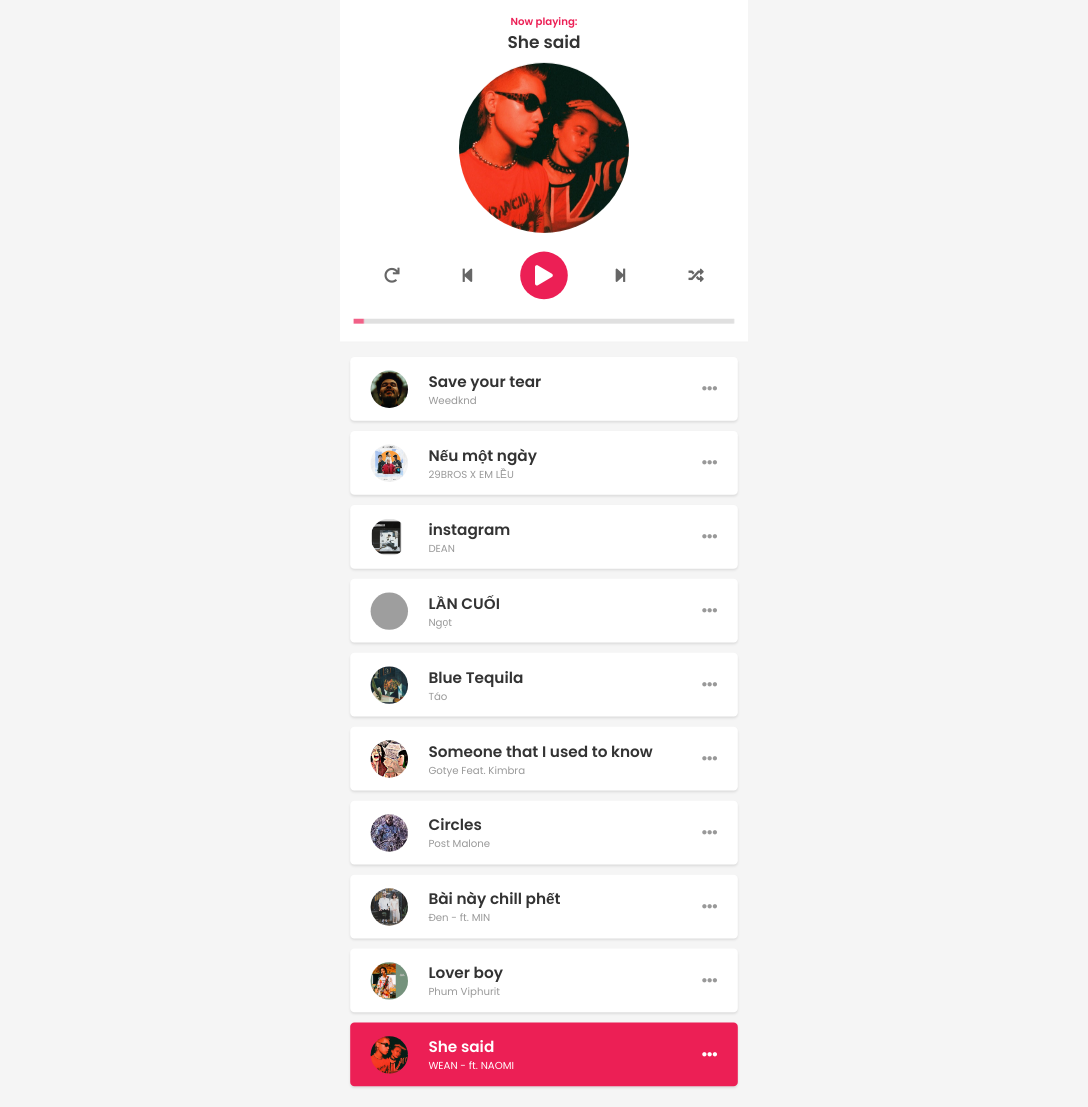
Repository: AnhTuan191298/sent-file-hoang
Page: music_player_f8/index.html
The author's editor kept a copy of each file at every save. The page is drawn from the files as they stood at one save, then again after the next save.
The browser window is 1280 px wide. The pictures show the whole page, at 85% of full size.
After loading, the first visible `div.btn-prev` was clicked once.
Pictures or frames that could not be fetched are drawn as grey boxes.

Above is the page before, as saved 2021-02-18 15:59:43.
Console error: TypeError: $(...).scrollInooView is not a function

### music_player_f8/index.html
<!DOCTYPE html>
<html lang="en">
<head>
    <meta charset="UTF-8">
    <meta http-equiv="X-UA-Compatible" content="IE=edge">
    <meta name="viewport" content="width=device-width, initial-scale=1.0">
    <title>Music player F8</title>
    <link rel="stylesheet" href="https://cdnjs.cloudflare.com/ajax/libs/font-awesome/5.15.2/css/all.min.css" integrity="sha512-HK5fgLBL+xu6dm/Ii3z4xhlSUyZgTT9tuc/hSrtw6uzJOvgRr2a9jyxxT1ely+B+xFAmJKVSTbpM/CuL7qxO8w==" crossorigin="anonymous" />
    <link rel="preconnect" href="https://fonts.gstatic.com">
    <link href="https://fonts.googleapis.com/css2?family=Poppins:wght@300;400;600&display=swap" rel="stylesheet">
    <link rel="stylesheet" href="./assets/css/main.css">
</head>
<body>
    <div class="player">
        <!-- Dashboard -->
        <div class="dashboard">
          <!-- Header -->
          <header>
            <h4>Now playing:</h4>
            <h2>String 57th & 9th</h2>
          </header>

          <!-- CD -->
          <div class="cd">
            <div class="cd-thumb" style="background-image: url('https://i.ytimg.com/vi/jTLhQf5KJSc/maxresdefault.jpg')">
            </div>
          </div>

          <!-- Control -->
          <div class="control">
            <div class="btn btn-repeat">
              <i class="fas fa-redo"></i>
            </div>
            <div class="btn btn-prev">
              <i class="fas fa-step-backward"></i>
            </div>
            <div class="btn btn-toggle-play">
              <i class="fas fa-pause icon-pause"></i>
              <i class="fas fa-play icon-play"></i>
            </div>
            <div class="btn btn-next">
              <i class="fas fa-step-forward"></i>
            </div>
            <div class="btn btn-random">
              <i class="fas fa-random"></i>
            </div>
          </div>

          <input id="progress" class="progress" type="range" value="0" step="1" min="0" max="100">

          <audio id="audio" src=""></audio>
        </div>

        <!-- Playlist -->
        <div class="playlist">

        </div>
    </div>

    <script src="./assets/js/main.js"></script>
</body>
</html>

### music_player_f8/assets/css/main.css
:root {
    --primary-color: #ec1f55;
    --text-color: #333;
  }

  * {
    padding: 0;
    margin: 0;
    box-sizing: inherit;
  }

  body {
    background-color: #f5f5f5;
  }

  html {
    box-sizing: border-box;
    font-family: "Poppins", sans-serif;
  }

  .player {
    position: relative;
    max-width: 480px;
    margin: 0 auto;
  }

  .player .icon-pause {
    display: none;
  }

  .player.playing .icon-pause {
    display: inline-block;
  }

  .player.playing .icon-play {
    display: none;
  }

  .dashboard {
    padding: 16px 16px 14px;
    background-color: #fff;
    position: fixed;
    top: 0;
    width: 100%;
    max-width: 480px;
    border-bottom: 1px solid #ebebeb;
  }

  /* HEADER */
  header {
    text-align: center;
    margin-bottom: 10px;
  }

  header h4 {
    color: var(--primary-color);
    font-size: 12px;
  }

  header h2 {
    color: var(--text-color);
    font-size: 20px;
  }

  /* CD */
  .cd {
    display: flex;
    margin: auto;
    width: 200px;
  }

  .cd-thumb {
    width: 100%;
    padding-top: 100%;
    border-radius: 50%;
    background-color: #333;
    background-size: cover;
    margin: auto;
  }

  /* CONTROL */
  .control {
    display: flex;
    align-items: center;
    justify-content: space-around;
    padding: 18px 0 8px 0;
  }

  .control .btn {
    color: #666;
    padding: 18px;
    font-size: 18px;
  }

  .control .btn.active {
    color: var(--primary-color);
  }

  .control .btn-toggle-play {
    width: 56px;
    height: 56px;
    border-radius: 50%;
    font-size: 24px;
    color: #fff;
    display: flex;
    align-items: center;
    justify-content: center;
    background-color: var(--primary-color);
  }

  .progress {
    width: 100%;
    -webkit-appearance: none;
    height: 6px;
    background: #d3d3d3;
    outline: none;
    opacity: 0.7;
    -webkit-transition: 0.2s;
    transition: opacity 0.2s;
  }

  .progress::-webkit-slider-thumb {
    -webkit-appearance: none;
    appearance: none;
    width: 12px;
    height: 6px;
    background-color: var(--primary-color);
    cursor: pointer;
  }

  /* PLAYLIST */
  .playlist {
    margin-top: 408px;
    padding: 12px;
  }

  .song {
    display: flex;
    align-items: center;
    margin-bottom: 12px;
    background-color: #fff;
    padding: 8px 16px;
    border-radius: 5px;
    box-shadow: 0 2px 3px rgba(0, 0, 0, 0.1);
  }

  .song.active {
    background-color: var(--primary-color);
  }

  .song:active {
    opacity: 0.8;
  }

  .song.active .option,
  .song.active .author,
  .song.active .title {
    color: #fff;
  }

  .song .thumb {
    width: 44px;
    height: 44px;
    border-radius: 50%;
    background-size: cover;
    margin: 0 8px;
  }

  .song .body {
    flex: 1;
    padding: 0 16px;
  }

  .song .title {
    font-size: 18px;
    color: var(--text-color);
  }

  .song .author {
    font-size: 12px;
    color: #999;
  }

  .song .option {
    padding: 16px 8px;
    color: #999;
    font-size: 18px;
    cursor: pointer;
  }

### music_player_f8/assets/js/main.js
const $ = document.querySelector.bind(document)
const $$ = document.querySelectorAll.bind(document)

/*
    1. Render song
    2. Scroll Top
    3. Play / Pause / Seek
    4. CD retate
    5. Next/Prev
    6. Random
    7. Next / Repeat when ended
    8. Active song
    9. Scroll active song into view
    10. Play song when click
*/

const player = $('.player')
const playlist = $('.playlist')
const heading = $('header h2')
const cdThumb = $('.cd-thumb')
const audio = $('#audio')
const cd = $('.cd')
const playBtn = $('.btn-toggle-play')
const progress = $('#progress')
const nextBtn = $('.btn-next')
const prevBtn = $('.btn-prev')
const randomBtn = $('.btn-random')
const repeatBtn = $('.btn-repeat')

const app = {
    currentIndex: 0,
    isPlaying: false,
    isRandom: false,
    isRepeat: false,
    songs: [
        {
            name: 'Save your tear',
            singer: 'Weedknd',
            path: './assets/audio/save_your_tear.mp3',
            img: './assets/img/save-your-tear.jpg'
        },
        {
            name: 'Nếu một ngày',
            singer: '29BROS X EM LỀU',
            path: './assets/audio/neu_mot_ngay.mp3',
            img: './assets/img/neu-mot-ngay.jpg'
        },
        {
            name: 'instagram',
            singer: 'DEAN',
            path: './assets/audio/instagram.mp3',
            img: './assets/img/instagram.jpg'
        },
        {
            name: 'LẦN CUỐI',
            singer: 'Ngọt',
            path: './assets/audio/lan_cuoi.mp3',
            img: './assets/img/lan-cuoi.jpg'
        },
        {
            name: 'Blue Tequila',
            singer: 'Táo',
            path: './assets/audio/blue_tequila.mp3',
            img: './assets/img/tequila.jpg'
        },
        {
            name: 'Someone that I used to know',
            singer: 'Gotye Feat. Kimbra',
            path: './assets/audio/somebody_that_i_used_to_know.mp3',
            img: './assets/img/somebody.jpg'
        },
        {
            name: 'Circles',
            singer: 'Post Malone',
            path: './assets/audio/circles.mp3',
            img: './assets/img/circles.jpg'
        },
        {
            name: 'Bài này chill phết',
            singer: 'Đen - ft. MIN',
            path: './assets/audio/bai_nay_chill_phet.mp3',
            img: './assets/img/chill.jpg'
        },
        {
            name: 'Lover boy',
            singer: 'Phum Viphurit',
            path: './assets/audio/lover_boy.mp3',
            img: './assets/img/lover-boy.jpg'
        },
        {
            name: 'She said',
            singer: 'WEAN - ft. NAOMI',
            path: './assets/audio/she_said.mp3',
            img: './assets/img/she-said.jpg'
        },
    ],
    render: function() {
        const htmls = this.songs.map(function(song, index) {
            return `
            <div class="song ${index === app.currentIndex ? 'active' : ''}">
                <div class="thumb" style="background-image: url('${song.img}')">
                </div>
                <div class="body">
                <h3 class="title">${song.name}</h3>
                <p class="author">${song.singer}</p>
                </div>
                <div class="option">
                <i class="fas fa-ellipsis-h"></i>
                </div>
            </div>
            `
        })
        playlist.innerHTML = htmls.join('')
    },
    defineProperties:function() {
        Object.defineProperty(this, 'currentSong', {
            get: function() {
                return this.songs[this.currentIndex]
            }
        })
    },
    handleEvents: function() {
        const _this= this
        const cdWidth = cd.offsetWidth

        // Xử lý CD quay/dừng
        const cdThumbAnimate = cdThumb.animate([
            {transform: 'rotate(360deg)'}
        ], {
            duration: 10000, //10 second
            iterations: Infinity
        })
        cdThumbAnimate.pause()

        // Xứ lý phóng to thu nhỏ CD
        document.onscroll = function() {
            const scrollTop = window.scrollY || document.documentElement.scrollTop
            const newCdWidth = cdWidth - scrollTop

            if (newCdWidth > 0) {
                cd.style.width = newCdWidth + 'px'
            } else if (newCdWidth < 0) {
                cd.style.width = 0 + 'px'
            }

            cd.style.opacity = newCdWidth / cdWidth
        }

        // Xử lý khi click play
        playBtn.onclick = function() {
            if (_this.isPlaying) {
                audio.pause()
            } else {
                audio.play()
            }

        }

        // Khi song được play
        audio.onplay = function() {
            _this.isPlaying = true
            player.classList.add('playing')
            cdThumbAnimate.play()
        }

         // Khi song bị pause
         audio.onpause = function() {
            _this.isPlaying = false
            player.classList.remove('playing')
            cdThumbAnimate.pause()
        }

        // Khi tiến độ bài hát thay đổi
        audio.ontimeupdate = function() {
            if (audio.duration) {
                const progressPercent = Math.floor(audio.currentTime / audio.duration * 100)
                progress.value = progressPercent
            }
        }

        // Xử lý khi tua song
        progress.onchange = function(e) {
            const seekTime = audio.duration / 100 * e.target.value
            audio.currentTime = seekTime
        }

        // Khi next song
        nextBtn.onclick = function() {
            if (_this.isRandom) {
                _this.playRandomSong()
            } else {
                _this.nextSong()
            }
            audio.play()
            _this.render()
            _this.scrollToActiveSong()
        }

        // Khi prev song
        prevBtn.onclick = function() {
            if (_this.isRandom) {
                _this.playRandomSong()
            } else {
                _this.prevSong()
            }
            audio.play()
            _this.render()
            _this.scrollToActiveSong()
        }

        // Xử lý bật/tắt random
        randomBtn.onclick = function() {
            _this.isRandom = !_this.isRandom
            randomBtn.classList.toggle('active', _this.isRandom )
        }

        // Xử lý phát lặp lại 1 song
        repeatBtn.onclick = function() {
            _this.isRepeat = !_this.isRepeat
            repeatBtn.classList.toggle('active', _this.isRepeat )
        }

        // Xử lý next song khi audio ended
        audio.onended = function(e) {
            if (_this.isRepeat) {
                audio.play()
            } else {
                nextBtn.click()
            }
        }

    },
    scrollToActiveSong: function() {
        setTimeout(() => {
            $('.song.active').scrollInooView({
                behavior: 'smooth',
                block: 'nearest'
            })
        }, 300)
    },
    loadCurrentSong: function() {

        heading.textContent = this.currentSong.name
        cdThumb.style.backgroundImage = `url('${this.currentSong.img}')`
        audio.src = this.currentSong.path
    },
    nextSong: function() {
        this.currentIndex++
        if (this.currentIndex >= this.songs.length) {
            this.currentIndex = 0
        }
        this.loadCurrentSong()
    },
    prevSong: function() {
        this.currentIndex--
        if (this.currentIndex < 0) {
            this.currentIndex = this.songs.length - 1
        }
        this.loadCurrentSong()
    },
    playRandomSong: function() {
        let newIndex
        do {
            newIndex = Math.floor(Math.random() * this.songs.length)
        } while(newIndex === this.currentIndex)

        this.currentIndex = newIndex
        this.loadCurrentSong()
    },
    start: function() {
        // Định nghĩa các thuộc tính cho Object
        this.defineProperties()

        // Xử lý các sự kiện (DOM Events)
        this.handleEvents()

        // Tải thông tin bài hát đầu tiên vào UI khu chạy ứng dụng
        this.loadCurrentSong()

        // Render play list
        this.render()
    }
}

app.start()

After the next save:
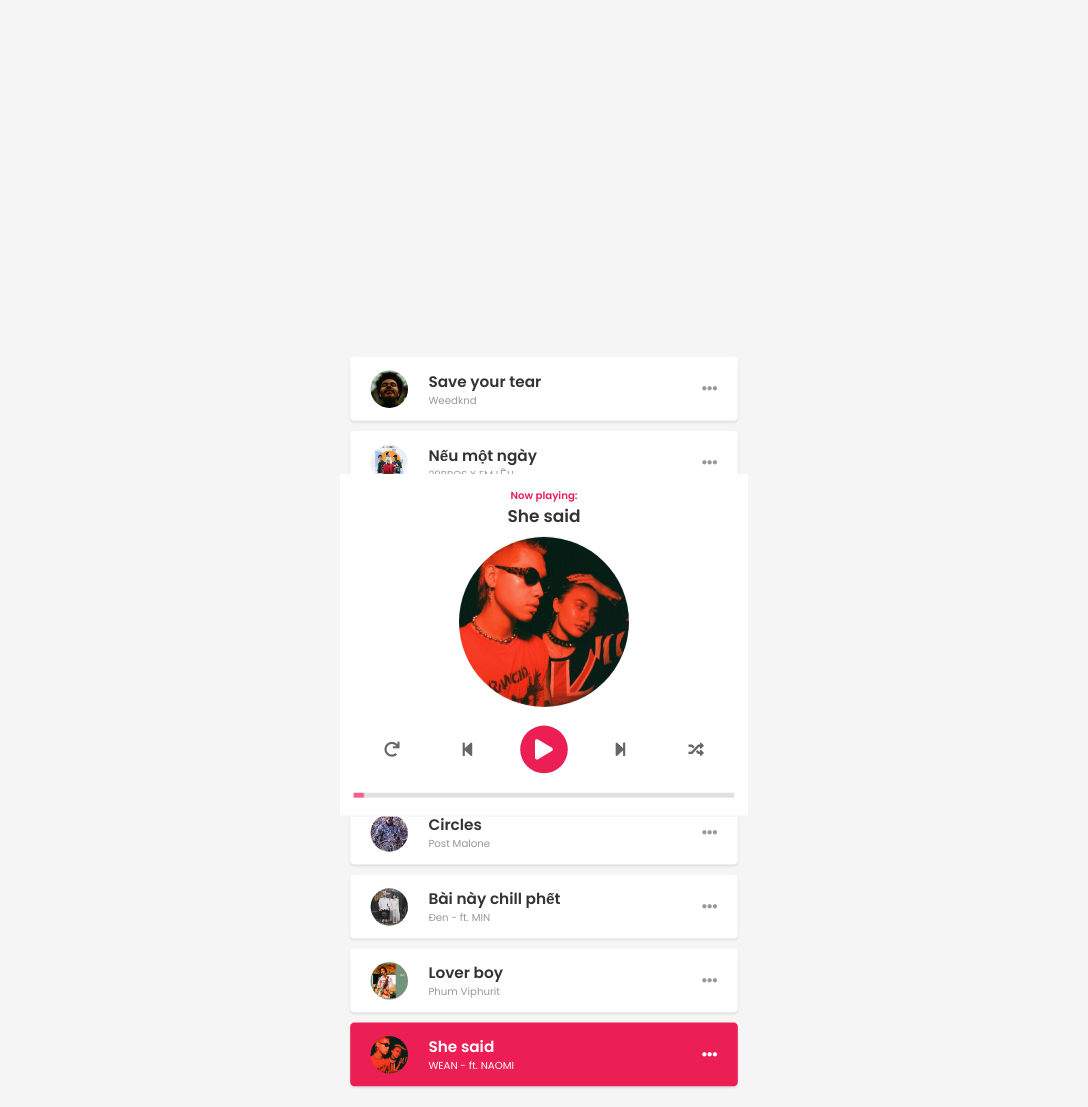
The error is gone.
Saved 104 s later.
--- a/music_player_f8/assets/js/main.js
+++ b/music_player_f8/assets/js/main.js
@@ -232,7 +232,7 @@ const app = {
     },
     scrollToActiveSong: function() {
         setTimeout(() => {
-            $('.song.active').scrollInooView({
+            $('.song.active').scrollIntoView({
                 behavior: 'smooth',
                 block: 'nearest'
             })
